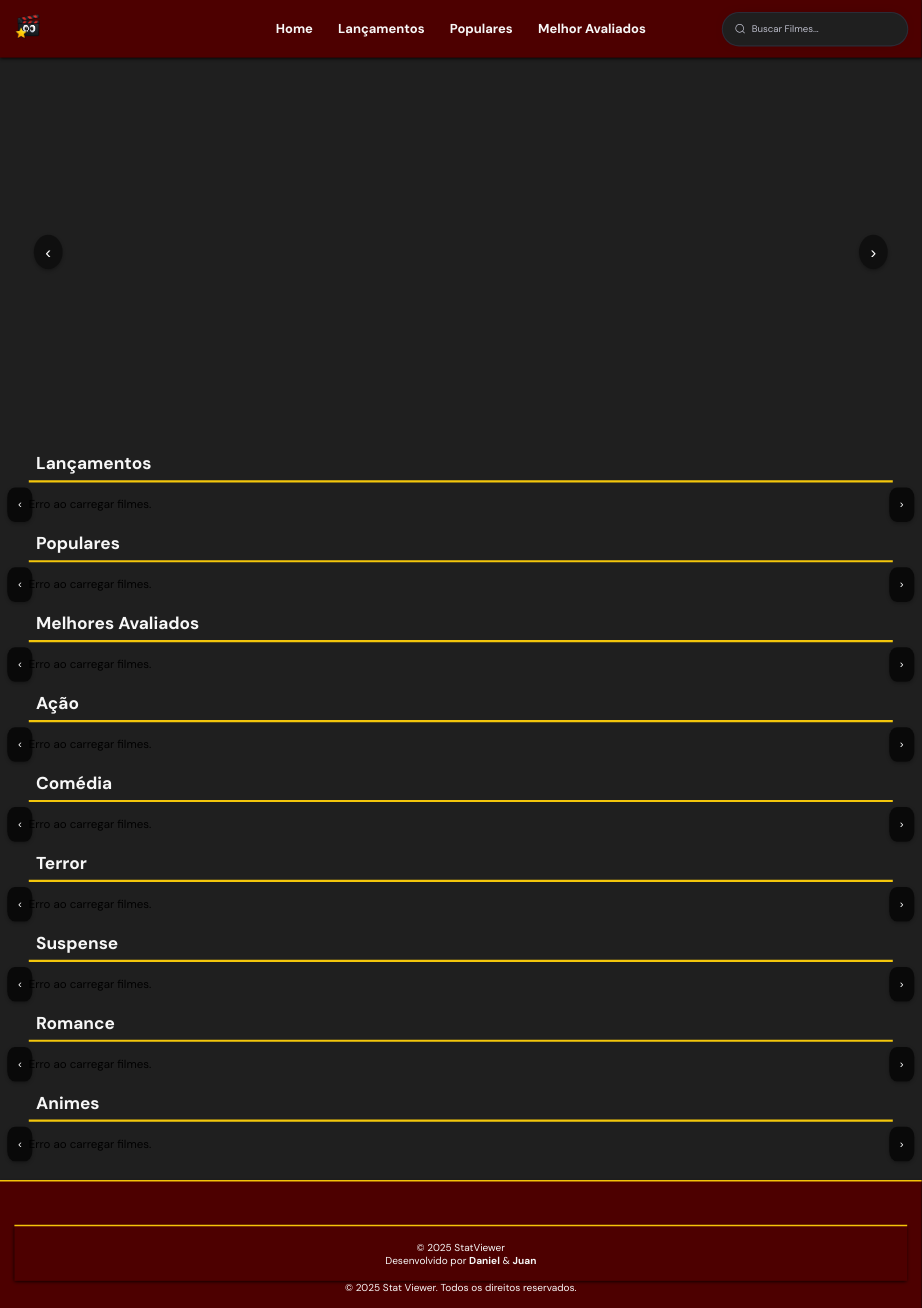
Repository: juanpablitozito/stat-viewer
Page: index.html
The author's editor kept a copy of each file at every save. The page is drawn from the files as they stood at one save, then again after the next save.
The browser window is 1280 px wide. The pictures show the whole page, at 72% of full size.
The page's requests for data from a server got no answer.

Above is the page before, as saved 2025-10-02 08:36:13.

### index.html
<!DOCTYPE html>
<html lang="pt-br">
<head>
    <meta charset="UTF-8">
    <meta name="viewport" content="width=device-width, initial-scale=1.0">
    <link rel="shortcut icon" href="/assets/img/logo_stat.ico" type="image/x-icon">
    <title>Stat Viewer</title>
    <link rel="stylesheet" href="src/styles/style.css">
    <link rel="preconnect" href="https://fonts.googleapis.com">
    <link rel="preconnect" href="https://fonts.gstatic.com" crossorigin>
    <link href="https://fonts.googleapis.com/css2?family=DM+Sans:ital,opsz,wght@0,9..40,100..1000;1,9..40,100..1000&display=swap" rel="stylesheet">
    <script src="https://cdn.jsdelivr.net/npm/sweetalert2@11"></script>
</head>
<body>

    <header>
        <section class="nav-bar">

            <nav id="home">

                <a href="/src/pages/login.html"><img src="assets/img/logo_stat.ico" alt="logo" ></a>

                <ul>

                    <li><a href="#home">Home</a></li>
                    <li><a href="#lançamentos">Lançamentos</a></li>
                    <li><a href="#populares">Populares</a></li>
                    <li><a href="#melhoravaliados">Melhor Avaliados</a></li>
                </ul>

                <div class="search-container">
                  <div class="group">
                    <svg viewBox="0 0 24 24" aria-hidden="true" class="search-icon">
                      <g>
                        <path
                          d="M21.53 20.47l-3.66-3.66C19.195 15.24 20 13.214 20 11c0-4.97-4.03-9-9-9s-9 4.03-9 9 4.03 9 9 9c2.215 0 4.24-.804 5.808-2.13l3.66 3.66c.147.146.34.22.53.22s.385-.073.53-.22c.295-.293.295-.767.002-1.06zM3.5 11c0-4.135 3.365-7.5 7.5-7.5s7.5 3.365 7.5 7.5-3.365 7.5-7.5 7.5-7.5-3.365-7.5-7.5z"
                        ></path>
                      </g>
                    </svg>
                    <input
                      id="query"
                      class="input"
                      type="search"
                      placeholder="Buscar Filmes..."
                      name="searchbar"

                    />
                  </div>
                </div>

                <!-- Overlay para resultados da busca -->
                <div id="searchResultsOverlay" class="search-overlay hidden">
                  <div id="searchResults" class="search-results"></div>
                </div>
            </nav>

        </section>

    </header>
    <main>

      <section >
        <div class="carrossel">
          <div class="slides" id="slides">

          </div>

          <button class="btn anterior" onclick="voltarSlide()">‹</button>
          <button class="btn proximo" onclick="avancarSlide()">›</button>
        </div>
      </section>

      <section id="lançamentos">
        <h2>Lançamentos</h2>
        <div class="movie-section">
          <button class="prev-launches">‹</button>
          <div id="launches" class="movie-row"></div>
          <button class="next-launches">›</button>
        </div>
      </section>

      <section id="populares">
        <h2>Populares</h2>
        <div class="movie-section">
          <button class="prev-popular">‹</button>
          <div id="popular" class="movie-row"></div>
          <button class="next-popular">›</button>
        </div>
      </section>

      <section id="melhoravaliados">
        <h2>Melhores Avaliados</h2>
        <div class="movie-section">
          <button class="prev-topRated">‹</button>
          <div id="topRated" class="movie-row"></div>
          <button class="next-topRated">›</button>
        </div>
      </section>

      <section>
        <h2>Ação</h2>
        <div class="movie-section">
          <button class="prev-acao">‹</button>
          <div id="acao" class="movie-row"></div>
          <button class="next-acao">›</button>
        </div>
      </section>

      <section>
        <h2>Comédia</h2>
        <div class="movie-section">
          <button class="prev-comedia">‹</button>
          <div id="comedia" class="movie-row"></div>
          <button class="next-comedia">›</button>
        </div>
      </section>

      <section>
        <h2>Terror</h2>
        <div class="movie-section">
          <button class="prev-terror">‹</button>
          <div id="terror" class="movie-row"></div>
          <button class="next-terror">›</button>
        </div>
      </section>

      <section>
        <h2>Suspense</h2>
        <div class="movie-section">
          <button class="prev-suspense">‹</button>
          <div id="suspense" class="movie-row"></div>
          <button class="next-suspense">›</button>
        </div>
      </section>

      <section>
        <h2>Romance</h2>
        <div class="movie-section">
          <button class="prev-romance">‹</button>
          <div id="romance" class="movie-row"></div>
          <button class="next-romance">›</button>
        </div>
      </section>

      <section>
        <h2>Animes</h2>
        <div class="movie-section">
          <button class="prev-anime">‹</button>
          <div id="anime" class="movie-row"></div>
          <button class="next-anime">›</button>
        </div>
      </section>



    </main>


      <!-- Caixa de avaliaçao -->
      <div id="movieModal" class="modal hidden">
        <div class="modal-container">
        <div class="modal-image" id="modalBgImage"></div>
        <div class="modal-content">
          <span id="closeModal" class="close-button">&times;</span>

          <div class="modal-header">
            <h2 id="modalTitle"></h2>
            <p id="modalRating"></p>
            <p id="modalRelease"></p>
          </div>

          <hr>

          <div class="sinopse">

            <h5> Sinopse:</h5>

            <p id="modalOverview"></p>

          </div>

            <hr>


          <div id="modalTrailer">
            <!-- O trailer será inserido aqui via JavaScript -->
          </div>
        </div>
      </div>
    </div>

    <footer>
<footer>
  <p>© 2025 StatViewer</p>
  <p>Desenvolvido por <strong>Daniel</strong> & <strong>Juan</strong></p>
  <div class="social-links">
    <a href="https://github.com/dan2135" target="_blank" title="GitHub Daniel"><i class="fab fa-github"></i></a>
    <a href="https://github.com/usuario-do-juan" target="_blank" title="GitHub Juan"><i class="fab fa-github"></i></a>
  </div>
</footer>

      <p>© 2025 Stat Viewer. Todos os direitos reservados.</p>
    </footer>

    <script src="src/js/script.js"></script>
</body>
</html>

### src/styles/style.css
/* ===== VARIÁVEIS GLOBAIS ===== */
:root {
  --cor-primaria: #1f1f1f;
  --accent-color: #a8a8a8;
  --highlight-color: #f7f7f7;
  --button-color: rgba(255, 208, 11, 0.945);
  --button-hover-color: rgba(250, 203, 14, 0.637);;
  --segunda-cor: rgb(77, 0, 0);
  --text-color: #f7f7f7;
  --sombra: rgba(0, 0, 0, 1) 0px 2px 5px;
  --transition: all 0.3s ease;
}

/* ===== RESET E CONFIGURAÇÕES GERAIS ===== */
* {
  box-sizing: border-box;
  scroll-behavior: smooth;
  margin: 0;
  padding: 0;
}

body {
  background-color: var(--cor-primaria);
  font-family: DM Sans, sans-serif;
}

/* ===== NAVEGAÇÃO ===== */
nav {
  position: fixed;
  z-index: 10001;
  width: 100%;
  top: 0;
  height: 80px;
  background-color: var(--segunda-cor);
  display: flex;
  justify-content: space-between;
  align-items: center;
  padding: 5px 20px;
  box-shadow: var(--sombra);
}

/* Lista de navegação */
ul {
  display: flex;
  flex-direction: row;
  position: absolute;
  left: 50%;
  transform: translateX(-50%);
  list-style: none;
  gap: 35px;
}

a {
  color: var(--text-color);
  text-decoration: none;
  font-size: 18px;
  font-weight: bold;
}

a:hover {
  color: var(--accent-color);
  transition: var(--transition);
}

nav img {
  width: 3vw;
}

/* ===== BARRA DE PESQUISA ===== */
.group {
  display: flex;
  line-height: 28px;
  align-items: center;
  position: relative;
}

.input {
  font-family: "DM Sans", sans-serif;
  width: 20vw;
  height: 45px;
  padding-left: 2.5rem;
  box-shadow: 0 0 0 1.5px #2b2c37, 0 0 25px -17px #000;
  border: 0;
  border-radius: 30px;
  background-color: var(--cor-primaria);
  outline: none;
  color: #bdbecb;
  transition: var(--transition);
  cursor: text;
  z-index: 0;
}

.input::placeholder {
  color: #bdbecb;
}

.input:hover {
  box-shadow: 0 0 0 2.5px #2f303d, 0px 0px 25px -15px #000;
}

.input:active {
  transform: scale(0.95);
}

.input:focus {
  box-shadow: 0 0 0 2.5px #2f303d;
}

.search-icon {
  position: absolute;
  left: 1rem;
  fill: #bdbecb;
  width: 1rem;
  height: 1rem;
  pointer-events: none;
  z-index: 1;
}

/* ===== CARROSSEL PRINCIPAL ===== */
.carrossel {
  position: relative;
  width: 95vw;
  height: auto;
  margin: 100px auto 10px;
  overflow: hidden;
  border-radius: 10px;
  box-shadow: 0 4px 10px var(--sombra);
}
 .carrossel::before {
            content: '';
            position: absolute;
            bottom: 0;
            left: 0;
            width: 100%;
            height: 100%;
            background: linear-gradient(
                to top,
                 #1f1f1f 0%,
                transparent 50%,
                transparent 100%
            );
            z-index: 1;
        }

        /* .carrossel::after {
            content: '';
            position: absolute;
            top: 0;
            left: 0;
            width: 10%;
            height: 100%;
            background: linear-gradient(
                to right,
                 #1f1f1f 0%,
                transparent 50%,
                transparent 10%
            );

            z-index: 1;
        } */

.slides {
  display: flex;
  transition: transform 1.5s ease-in-out;
  height: 100%;
}

.slides img {
  width: 100%;
  height: 100%;
  flex-shrink: 0;
}

/* Botões do carrossel */
.btn {
  position: absolute;
  top: 50%;
  transform: translateY(-50%);
  background: rgba(0, 0, 0, 0.5);
  color: white;
  border: none;
  padding: 10px 16px;
  font-size: 24px;
  cursor: pointer;
  border-radius: 50%;
}

.btn.anterior {
  left: 15px;
}

.btn.proximo {
  right: 15px;
}

.btn:hover {
  background: rgba(0, 0, 0, 0.7);
}

/* ===== SEÇÕES DE CATÁLOGO ===== */
h1 {
  text-align: center;
  padding: 10px 20px;
  margin: 10px;
  color: var(--text-color);
}

h2 {
  padding: 8px 10px;
  margin: 20px 40px;
  color: var(--text-color);
  border-bottom: 3px solid var(--button-color);
}

/* Container das seções de filmes */
.movie-section {
  display: flex;
  align-items: center;
  position: relative;
}

.movie-row {
  display: flex;
  overflow-x: hidden;
  scroll-behavior: smooth;
  position: relative;
  margin: 0 40px;
}

/* ===== CARDS DE FILMES ===== */
.card-movie {
  width: 200px;
  height: 350px;
  border-radius: 8px;
  overflow: hidden;
  text-align: center;
  padding: 10px;
  flex: 0 0 auto;
  display: flex;
  flex-direction: column;
  justify-content: space-between;
}

.card-movie img {
  width: 100%;
  height: 300px;
  border-radius: 8px;
  object-fit: cover;
  object-position: center;
  cursor: pointer;
  box-shadow: var(--sombra);
}

.card-movie img:hover {
  transform: scale(1.10);
  transition: var(--transition);
  box-shadow: 0 4px 20px var(--sombra);
}

.card-movie h3 {
  display: none;
}

/* ===== BOTÕES DE NAVEGAÇÃO DAS SEÇÕES ===== */
section button {
  background-color: rgba(0, 0, 0, 0.5);
  color: white;
  border: none;
  padding: 10px 20px;
  font-size: 16px;
  cursor: pointer;
  transition: background-color 0.3s ease;
  position: absolute;
  top: 50%;
  transform: translateY(-50%);
  z-index: 10;
  background-color: rgba(0, 0, 0, 0.7);
  padding: 15px;
  border-radius: 30%;
  box-shadow: 0 2px 5px rgba(0, 0, 0, 0.3);
}

section button:hover {
  background-color: rgba(0, 0, 0, 0.9);
}

/* Containers das seções */
#launches, #popular, #topRated, #acao, #comedia, #terror, #suspense, #romance, #anime {
  position: relative;
}

/* Botões anteriores */
.prev-launches, .prev-popular, .prev-topRated, .prev-acao, .prev-comedia, .prev-terror, .prev-suspense, .prev-romance, .prev-anime {
  left: 10px;
}

/* Botões próximos */
.next-launches, .next-popular, .next-topRated, .next-acao, .next-comedia, .next-terror, .next-suspense, .next-romance, .next-anime {
  right: 10px;
}

/* ===== MODAL DE DETALHES ===== */
.modal {
  position: fixed;
  inset: 0;
  background-color: rgba(0, 0, 0, 0.85);
  display: flex;
  align-items: center;
  justify-content: center;
  z-index: 9999;
}

.modal-container::-webkit-scrollbar {
  display: none;
}

.modal-container {
  display: flex;
  flex-direction: column;
  width: 50%;
  max-width: 900px;
  height: 750px;
  background-color: var(--cor-primaria);
  border-radius: 8px;
  /* overflow: hidden; */
  overflow-y: scroll;
  color: white;

}
 .modal-image::after {
            content: '';
            position: absolute;
            bottom: 0;
            left: 0;
            width: 100%;
            height: 100%;
            background: linear-gradient(
                to top,
                 #1f1f1f 0%,
                transparent 50%,
                transparent 100%
            );
            z-index: 1;
        }

.modal-image {
  flex: 0 0 60%;
  background-size: cover;
  background-repeat: no-repeat;
  background-position: center;
  position: relative;

}

.modal-content {
  background-color: var(--cor-primaria);
  padding: 40px;
  border-radius: 10px;
  max-width: 800px;
  max-height: 800px;
  height: 100%;
  width: 100%;
  color: var(--text-color);
  position: relative;
  margin: 20px auto 40px;
}

/* Elementos do modal */
#modalTitle {
  padding: 0;
  margin: 0;
  border: none;
}

#modalRating {
  position: absolute;
  top: 35px;
  right: 100px;
}

.btn-trailer {
  padding: 10px 20px;
  background-color: var(--button-color);
  /* border: 1px solid white; */
  border-radius: 1px;
  font-weight: bold;
  font-size: 14px;
  box-shadow: var(--sombra);
  border-radius:5px ;
  transition: var(--transition);
}

.btn-trailer:hover {
  background-color: var(--button-hover-color);
  box-shadow: 0 4px 15px var(--sombra) ;

  cursor: pointer;
  transform: translateY(-3px);
}

h5 {
  font-size: 18px;
  margin: 0;
  padding: 0;
}

.sinopse {
  margin: 20px 0;
}

#modalOverview {
  font-family: 'Montserrat', sans-serif;
  color: var(--accent-color);
  width: 100%;
  margin: 0;
}

.close-button {
  position: absolute;
  top: 10px;
  right: 15px;
  font-size: 22px;
  cursor: pointer;
  color: var(--button-color);
}

hr {
  margin: 20px 0;
}

/* ===== SISTEMA DE BUSCA ===== */
.search-overlay {
  position: fixed;
  top: 70px;
  left: 0;
  right: 0;
  bottom: 0;
  background-color: rgba(0, 0, 0, 0.95);
  z-index: 999;
  overflow-y: auto;
  padding: 20px;
}

.search-results {
  display: flex;
  flex-wrap: wrap;
  gap: 20px;
}

/* ===== COMPONENTES DE ALERTA ===== */
.meu-popup {
  background: var(--cor-primaria);
  border-radius: 20px;
  box-shadow: 10px 10px 100px rgba(255, 0, 0, 0.274);
}

.meu-titulo {
  font-family: 'Poppins', sans-serif;
  color: var(--text-color);
  border: none;
}

.meu-botao {
  background-color: var(--segunda-cor);
  color: var(--text-color);
  transition: var(--transition);
  border-radius: 10px;
  padding: 8px 20px;
  border: none;
}

.meu-botao:hover {
  background-color: #4d000080;
  color: var(--text-color);
  transform: translate(1.05);
}

/* ==== Rodapé ==== */
footer {
  background-color: var(--segunda-cor);
  color: var(--text-color);
  text-align: center;
  padding: 20px;
  margin-top: 40px;
  box-shadow: var(--sombra);
  font-size: 14px;
  z-index: 10000;
  position: relative;
  width: 100%;
  bottom: 0;
  border-top: var(--button-color) 2px solid;
}
/* ===== CLASSES UTILITÁRIAS ===== */
.hidden {
  display: none;
}

/* ===== RESPONSIVIDADE ===== */

/* Dispositivos móveis (até 767px) */
@media (max-width: 767px) {
  /* Navegação */
  nav {
    flex-direction: column;
    padding: 10px;
    height: auto;
  }

  nav img {
    width: 40px;
    margin-bottom: 10px;
  }

  ul {
    position: static;
    transform: none;
    flex-wrap: wrap;
    justify-content: center;
    gap: 15px;
    margin-top: 10px;
    margin-bottom: 10px;
  }

  .search-container {
    width: 100%;
    margin-top: 10px;
  }

  .input {
    width: 100%;
  }

  /* Carrossel */
  .carrossel {
    height: 200px;
    margin: 70px auto 20px;
  }

  /* Seções de filmes */
  h2 {
    padding: 10px 20px;
    font-size: 1.2rem;
  }

  .movie-section {
    margin: 0;
  }

  .movie-row {
    margin: 0 15px;
    scroll-padding: 0 15px;
  }

  .card-movie {
    width: 150px;
    height: 250px;
  }

  .card-movie img {
    height: 200px;
  }

  section button {
    padding: 8px;
    font-size: 12px;
  }

  /* Modal */
  .modal-container {
    flex-direction: column;
    height: auto;
    max-height: 90vh;
    overflow-y: auto;
  }

  .modal-image {
    flex: 0 0 200px;
    min-height: 200px;
  }

  .modal-content {
    padding: 15px;
  }

  /* Busca */
  .search-overlay {
    top: 150px;
  }

  .search-results {
    justify-content: center;
  }
}

/* Tablets (768px a 1023px) */
@media (min-width: 768px) and (max-width: 1023px) {
  /* Navegação */
  nav {
    padding: 10px 15px;
  }

  nav img {
    width: 30px;
  }

  ul {
    gap: 20px;
  }

  .input {
    width: 25vw;
  }

  /* Carrossel */
  .carrossel {
    height: 400px;
    margin: 80px auto 30px;
  }

  /* Seções de filmes */
  h2 {
    padding: 15px 30px;
  }

  .movie-row {
    margin: 0 30px;
  }

  .card-movie {
    width: 180px;
    height: 300px;
  }

  .card-movie img {
    height: 250px;
  }

  /* Modal */
  .modal-container {
    height: 70vh;
  }

  .modal-image {
    flex: 0 0 30%;
  }
}

/* Notebooks e Desktops (1024px a 1439px) */
@media (min-width: 1024px) and (max-width: 1439px) {
  /* Carrossel */
  .carrossel {
    height: 500px;
  }

  /* Cards de filmes */
  .card-movie {
    width: 190px;
    height: 320px;
  }

  .card-movie img {
    height: 270px;
  }
}

Loaded but not shown: src/js/script.js (604 lines, source omitted)

After the next save:
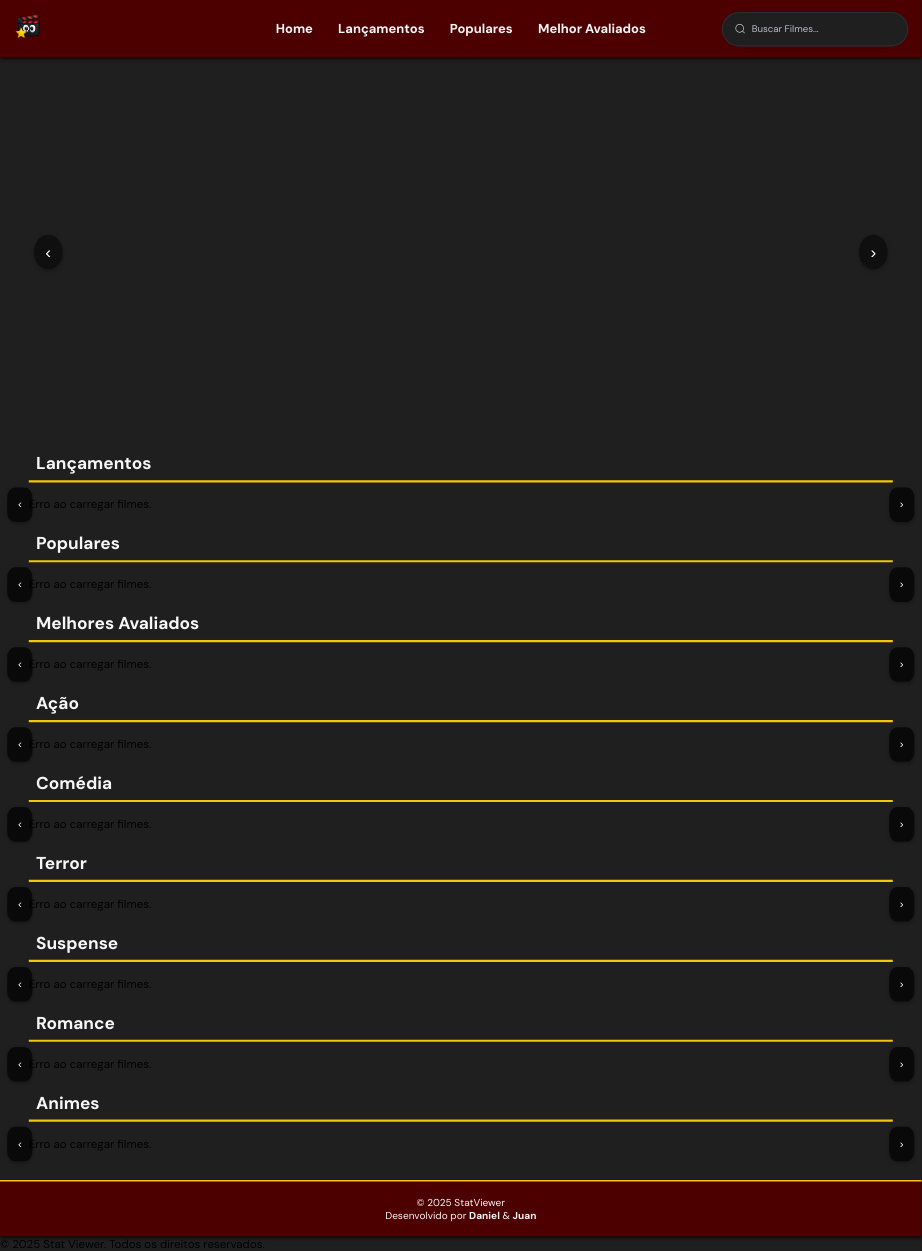
Saved 18 s later.
--- a/index.html
+++ b/index.html
@@ -190,7 +190,7 @@
     </div>
 
     <footer>
-<footer>
+
   <p>© 2025 StatViewer</p>
   <p>Desenvolvido por <strong>Daniel</strong> & <strong>Juan</strong></p>
   <div class="social-links">
